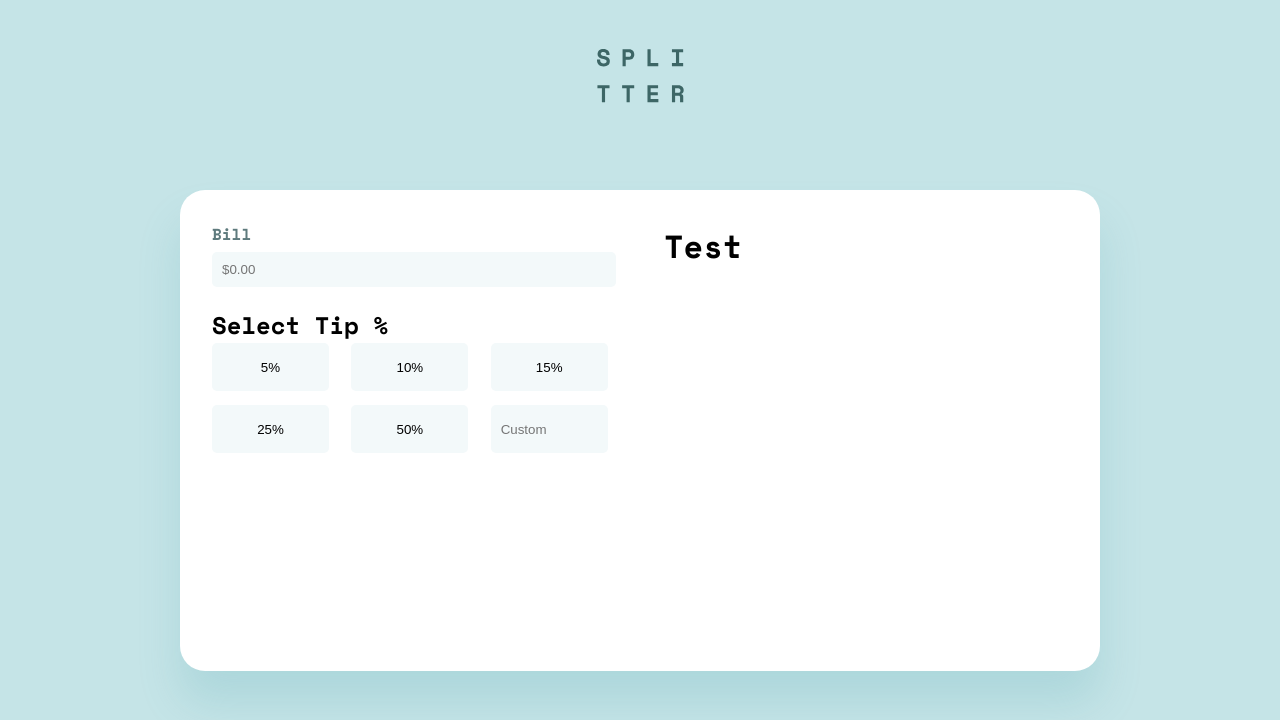
Repository: brandontaylor1/splitter
Page: index.html
The author's editor kept a copy of each file at every save. The page is drawn from the files as they stood at one save, then again after a run of saves.
The browser window is 1280 px wide. The pictures show the whole page.

Above is the page before, as saved 2025-02-06 16:42:28.

### index.html
<!DOCTYPE html>
<html lang="en">
<head>
    <meta charset="UTF-8">
    <meta name="viewport" content="width=device-width, initial-scale=1.0">
    <link rel="preconnect" href="https://fonts.googleapis.com">
    <link rel="preconnect" href="https://fonts.gstatic.com" crossorigin>
    <link href="https://fonts.googleapis.com/css2?family=Space+Mono:ital,wght@0,400;0,700;1,400;1,700&display=swap" rel="stylesheet">
    <link rel="stylesheet" href="styles.css">
    <title>Splitter | Tip Calculator</title>
</head>
<body>
    <img src="./assets/images/logo.svg" id="logo-image" alt="logo image">
    <main class="container">
        <div class="left-column">
            <div class="bill-input">
                <h2>Bill</h2>
                <input type="text" id="bill-input" placeholder="$0.00">
            </div>
            <div class="tip-input">
                <h2>Select Tip %</h2>
                    <div class="tip-buttons">
                        <button class="tip-button">5%</button>
                        <button class="tip-button">10%</button>
                        <button class="tip-button">15%</button>
                        <button class="tip-button">25%</button>
                        <button class="tip-button">50%</button>
                        <input type="text" id="custom-tip" placeholder="Custom">
                    </div>
                </div>
            </div>
        <div class="right-column">
            <h1>Test</h1>
        </div>
    </main>
</body>
</html>

### styles.css
* {
    box-sizing: border-box;
    margin: 0;
    padding: 0;
}

:root {
    --background-color: #C5E4E7;
    --input-button-color: #00474B;
    --primary-white: #fff;
    --calculated-numbers-color: #26C2AE;
    --input-title-color: #5E7A7D;
    --input-background-color: #F3F9FA;
    --input-icon-color: #9EBBBD;
    --title-text-color: #3D6666;
    --custom-input-color: #547878;
}

/* UTILITY CLASSES */
.space-mono-regular {
    font-family: "Space Mono", serif;
    font-weight: 400;
    font-style: normal;
  }

  .space-mono-bold {
    font-family: "Space Mono", serif;
    font-weight: 700;
    font-style: normal;
  }

  .space-mono-regular-italic {
    font-family: "Space Mono", serif;
    font-weight: 400;
    font-style: italic;
  }

  .space-mono-bold-italic {
    font-family: "Space Mono", serif;
    font-weight: 700;
    font-style: italic;
  }


body {
    background-color: #C5E4E7;
    height: 100vh;
    width: 100%;
    display: flex;
    flex-direction: column;
    justify-content: center;
    align-items: center;
    font-family: "Space Mono", monospace;
}

#logo-image {
    margin-bottom: 87px;
}

.container {
    background-color: var(--primary-white);
    width: 920px;
    height: 481px;
    border-radius: 25px;
    box-shadow: 0px 32px 43px 0px rgba(79, 166, 175, 0.20);
    display: grid;
    gap: 48px;
    grid-template-columns: 1fr 1fr;
    padding: 32px;
}

.left-column {
    grid-column: 1 / 2;
    width: 100%;
    height: 100%;
}

.right-column {
    grid-column: 2 / 3;
    width: 100%;
    height: 100%;
    border-radius: 15px;
    background-color: var(--input-text-color);
}

input {
    width: 100%;
    padding: 10px;
    display: flex;
    flex-direction: row;
    justify-content: space-between;
    background-color: var(--input-background-color);
    border: none;
    border-radius: 5px;
    margin-bottom: 20px;
}


.bill-input h2 {
    font-size: 16px;
    color: var(--input-title-color);
    margin-bottom: 6px;
}

.tip-buttons {
    display: grid;
    grid-template-columns: repeat(3, 1fr);
    gap: 14px;

}

.tip-button {
    width: 117px;
    height: 48px;
    flex-shrink: 0;
    border: none;
    border-radius: 5px;
    background-color: var(--input-background-color);


}

#custom-tip {
    width: 117px;
    height: 48px;

}

After the next 5 saves:
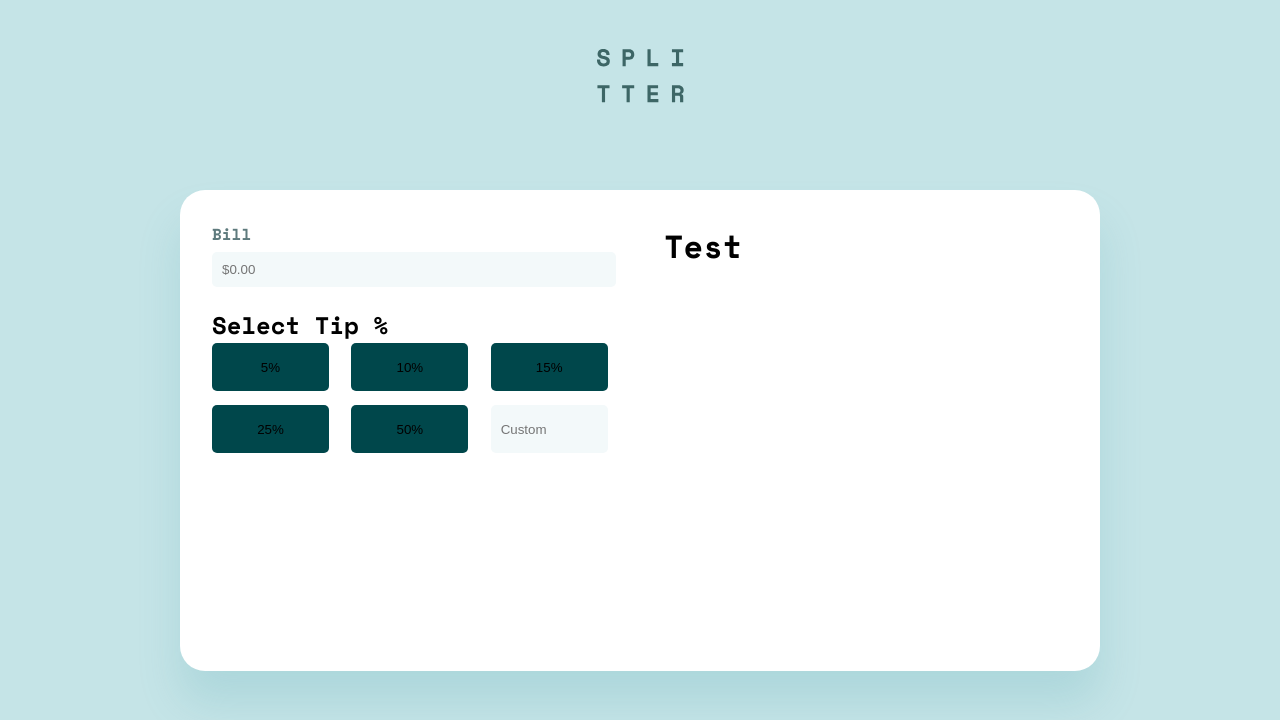
The 5 saves are shown as one change because they came seconds apart.
The last was saved 24 s later.
--- a/styles.css
+++ b/styles.css
@@ -115,7 +115,7 @@ input {
     flex-shrink: 0;
     border: none;
     border-radius: 5px;
-    background-color: var(--input-background-color);
+    background-color: #00474B;
 
 
 }
